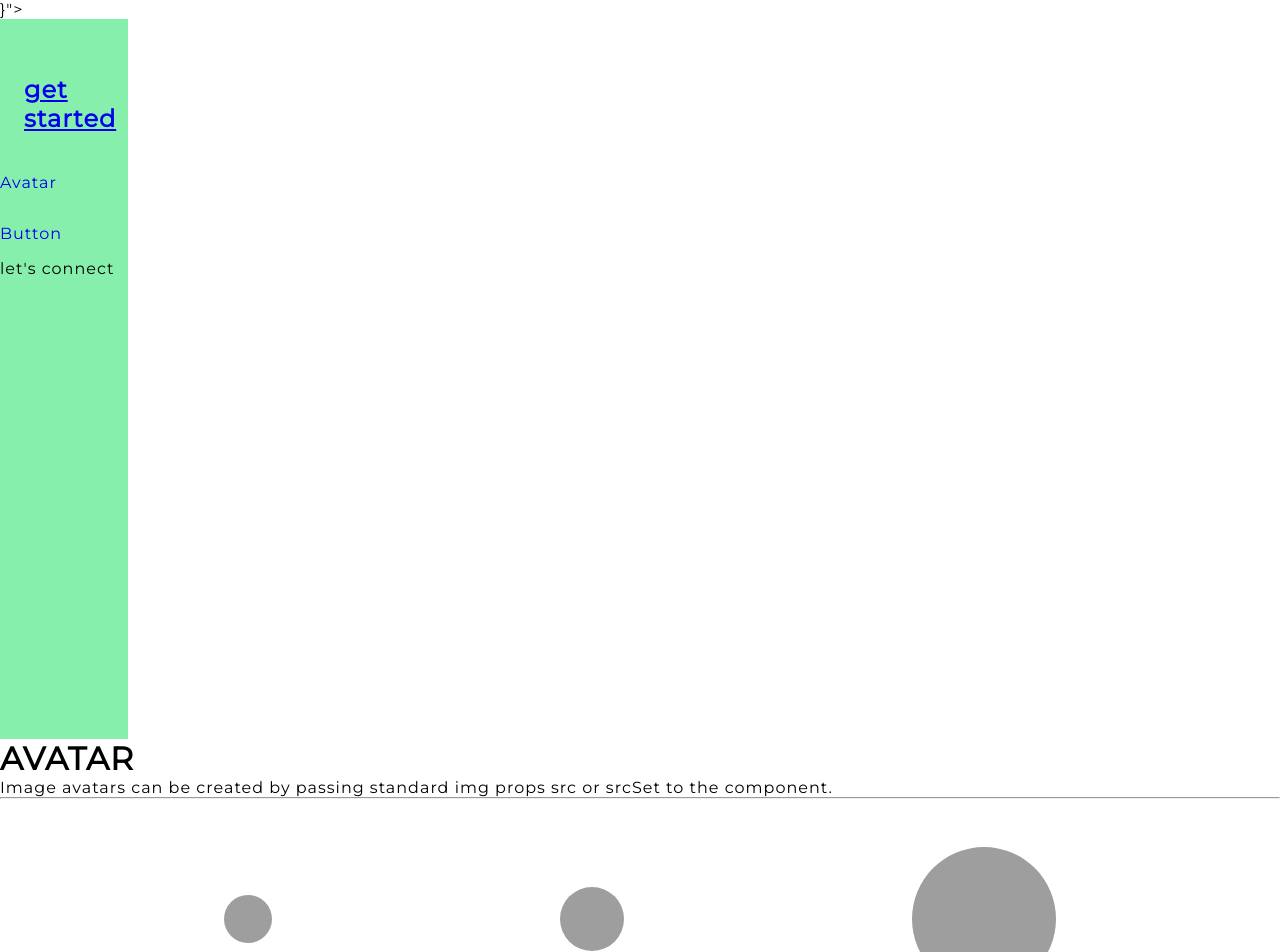
Repository: Anasooya2601/Components_UI
Page: components/Avatar/index.html
These files come from the project's save history. The page is drawn as it stood at one moment and after the next save; the edit follows.
The browser window is 1280 px wide. The pictures show the part of the page from y = 0 to 952 px (the page is 1461 px tall before and 1442 px after).
Pictures or frames that could not be fetched are drawn as grey boxes.

Above is the page before, as saved 2022-02-12 01:30:43.
Not found: components/
Not found: components/Avatar/index.css

### components/Avatar/index.html
<!DOCTYPE html>
<html lang="en">
<head>
    <meta charset="UTF-8">
    <meta http-equiv="X-UA-Compatible" content="IE=edge">
    <meta name="viewport" content="width, initial-scale=1.0">
    <title>AVATAR</title>
    <link rel="stylesheet" href="style.css">
    <link rel="stylesheet" href="/main/main.css">
    <link rel="stylesheet" href="/components/comp.css">

    }">
</head>
<body>
    <!-- main -->
    <div class="main-container">
        <div class="navbar-wrapper">

            <div class="nav">
                <div class="navbar-header">
                <div class="logo">
                    <a href="/index.html"></a>
                 </div>
                </div>
            </div>

        <!-- topics -->
        <a href="/main/main.html" class="text">get started</a>
        <div class="navbar-main">
            <a href="/components/Avatar/index.html">Avatar</a>
            <a href="/components/Button/button.html">Button</a>
        </div>
        <!-- footer -->
        <div class="footer">
            <div class="footer-text">
                <p>let's connect</p>
            </div>
        </div>
        </div>
    </div>
    <div class="header">
        <div class="section-header">
            <div>
                <h1 class="text-header">AVATAR</h1>
                    <p class="para">
                        Image avatars can be created by passing standard img props src or srcSet to the component.
                    </p>
              <hr>

            </div>
        </div>
        <div class="section-main">
<div class="avatar_main">
    <img class="avatar pic_one" src="https://images.unsplash.com/photo-1644246612512-2f2e7d6cb933?ixlib=rb-1.2.1&ixid=MnwxMjA3fDB8MHxwaG90by1wYWdlfHx8fGVufDB8fHx8&auto=format&fit=crop&w=774&q=80" alt="" srcset="">
    <img class="avatar pic_two" src="https://images.unsplash.com/photo-1644246612512-2f2e7d6cb933?ixlib=rb-1.2.1&ixid=MnwxMjA3fDB8MHxwaG90by1wYWdlfHx8fGVufDB8fHx8&auto=format&fit=crop&w=774&q=80" alt="" srcset="">
    <img class="avatar pic_three" src="https://images.unsplash.com/photo-1644246612512-2f2e7d6cb933?ixlib=rb-1.2.1&ixid=MnwxMjA3fDB8MHxwaG90by1wYWdlfHx8fGVufDB8fHx8&auto=format&fit=crop&w=774&q=80" alt="" srcset="">
</div>
        </div>

        <div class="code">
        <iframe
            src="https://carbon.now.sh/embed?bg=rgba%28171%2C+184%2C+195%2C+1%29&t=seti&wt=none&l=javascript&width=660&ds=true&dsyoff=20px&dsblur=68px&wc=true&wa=false&pv=56px&ph=56px&ln=false&fl=1&fm=Hack&fs=14px&lh=133%25&si=false&es=2x&wm=false&code=%2520%253C%21--%2520small--%253E%2520%250A%253Cimg%2520class%253D%2522avatar%2520pic_one%2522%2520src%253D%2522https%253A%252F%252Fimages.unsplash.com%252Fphoto-1644246612512-2f2e7d6cb933%253Fixlib%253Drb-1.2.1%2526ixid%253DMnwxMjA3fDB8MHxwaG90by1wYWdlfHx8fGVufDB8fHx8%2526auto%253Dformat%2526fit%253Dcrop%2526w%253D774%2526q%253D80%2522%2520%253E%250A%2520%2520%2520%253C%21--%2520medium%2520--%253E%2520%250A%2520%2520%2520%253Cimg%2520class%253D%2522avatar%2520pic_two%2522%2520src%253D%2522https%253A%252F%252Fimages.unsplash.com%252Fphoto-1644246612512-2f2e7d6cb933%253Fixlib%253Drb-1.2.1%2526ixid%253DMnwxMjA3fDB8MHxwaG90by1wYWdlfHx8fGVufDB8fHx8%2526auto%253Dformat%2526fit%253Dcrop%2526w%253D774%2526q%253D80%2522%2520%253E%250A%2520%2520%2520%2520%2520%2520%2520%253C%21--%2520large--%253E%2520%250A%2520%2520%2520%2520%253Cimg%2520class%253D%2522avatar%2520pic_three%2522%2520src%253D%2522https%253A%252F%252Fimages.unsplash.com%252Fphoto-1644246612512-2f2e7d6cb933%253Fixlib%253Drb-1.2.1%2526ixid%253DMnwxMjA3fDB8MHxwaG90by1wYWdlfHx8fGVufDB8fHx8%2526auto%253Dformat%2526fit%253Dcrop%2526w%253D774%2526q%253D80%2522%2520%253E"
            style="width: 100%; height: 450px; border:0; transform: scale(1); overflow:hidden;"
            sandbox="allow-scripts allow-same-origin">
          </iframe>
        </div>
    </div>

</body>
</html>

### components/Avatar/style.css
.avatar_main {
    display: flex;
    justify-content: space-around;
    align-items: center;
    margin-top: 2rem;
    padding: 1rem 5rem 1rem 5rem;
  }
  .avatar {
    border-radius: var(--border-full);
    width: 1rem;
    object-fit: cover;
    border-radius: 4.5rem;
  }

  .pic_one {
    width: 3rem;
    height: 3rem;
  }
  .pic_two {
    width: 4rem;
    height: 4rem;
  }
  .pic_three {
    width: 9rem;
    height: 9rem;
  }

### main/main.css
@import url('https://fonts.googleapis.com/css2?family=Montserrat&display=swap');
*{
    margin: 0;
    padding: 0;
    box-sizing: border-box;
}

body{
    letter-spacing: 1px;
}

/* color variable */
:root{
    font-family: 'Montserrat', sans-serif;
    font-weight: 400;
    --main-color:#fca5a5;
    --green:#86efac;
}

/* logo */
.logo{
    display: flex;
    justify-content: center;
}

.logo a{
    color: var(--main-color);
    font-size: 2.5rem;
    display: flex;
    align-items: flex-end;
}




.main-container{
    display: flex;
}

.text{
    font-size: 1.5rem;
    margin: 1.5rem;
    font-weight: bold;
}
/* navbar */
.navbar-wrapper{
    width: 10%;
    height: 100vh;
    font-size: 1rem;
    flex-direction: column;
    overflow-y: scroll;
display: flex;
flex-shrink: 0;
background-color: var(--green);
}
.nav{
    display: flex;
    flex-direction: column;
}
.navbar-main{
    display: flex;
    flex-direction: column;
}
.navbar-main a{
  border-radius: 40px;
  padding: 1rem 0rem 1rem 0rem;
  letter-spacing: 1px;
  transition: 0.3s all ease-in-out;
  text-decoration: none;
}
.navbar-header{
    border-bottom: var(--main-color);
    padding: 1rem;
}

### components/comp.css
@import "./Alert/alert.css";
@import "./Avatar/index.css";
@import "./Button/button.css";
@import "../main/main.css";
@import"./";
@import"./";
@import"./";
@import"";
@import"";

### components/Button/button.css
@import url('https://fonts.googleapis.com/css2?family=Montserrat:ital@1&family=Roboto:ital,wght@0,400;1,300&family=Space+Grotesk:wght@700&display=swap');
.main-text{
    margin: 2rem 0;
}

.btn-container{
display: flex;
flex-wrap: wrap;
margin-top: 1.5rem;
gap: 1rem;
align-items: center;


}

.btn {
border:none;
background-color: none;
outline: none;
padding: 0.5rem 1rem;
border: 5px;
border-radius: 5px;
font-size: 1.1rem;
cursor: pointer;
color: #0e9aeb;
font-family: 'Gill Sans', 'Gill Sans MT', Calibri, 'Trebuchet MS', sans-serif;
}

.primary{
    background-color:#fbbf24 ;

}
.secondary{
    background-color: #fca5a5;
}
.danger{
    background-color: #bef264;
}
.success{
    background-color: #0369a1;
}
.warning{
    background-color: #ded48f;
}

/* outlined-button */
.outlined-sub{
    margin-top: 1.5rem;
}
.outlined-btn{
border-radius: 8px;
font-size: 1.1rem;
letter-spacing: 1px;
color:#0369a1;
background-color: white;
cursor: pointer;
padding: 0.5rem;
gap: 1rem;
}
.outlined-primary{
    border: 0.5px solid #0369a1;
}
.outlined-secondary{
    border: 0.5px solid #0369a1;
}
.outlined-warning{
    border: 0.5px solid #0369a1;
}
.outlined-attention{
    border: 0.5px solid #0369a1;
}
.btn-icon{
background-color: white;
cursor: pointer;
}
/* icon-btn */


/* floating-btn */
.btn-float{
    color: white;
    background-color: #0e9aeb;
    padding: 0.6rem 1rem;
    box-shadow: #ded48f 0px 8px 16px;
}

Loaded but not shown: components/Alert/Alert.css (no stored copy; drawn as an empty file)

After the next save:
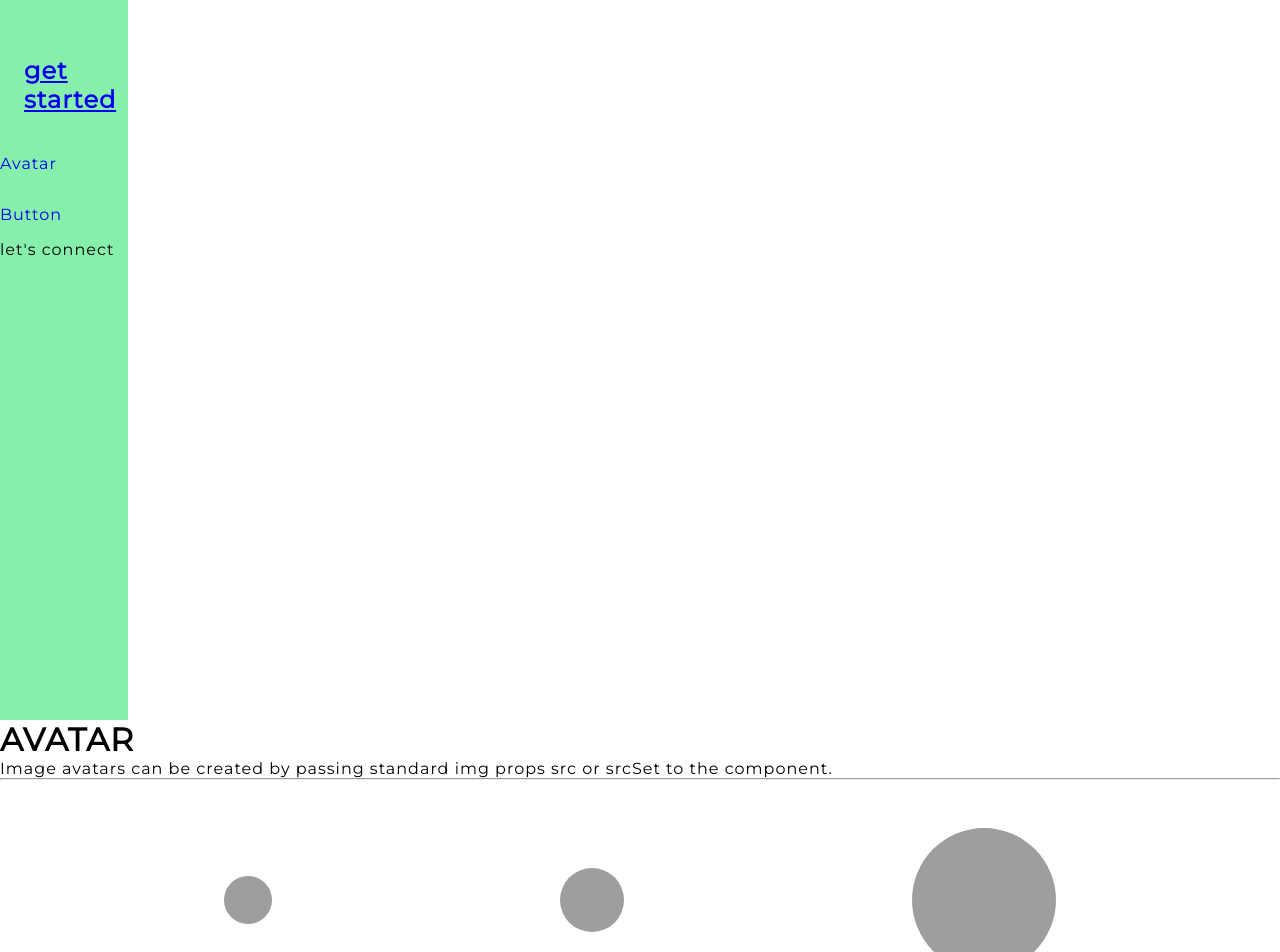
Saved 15 s later.
--- a/components/Avatar/index.html
+++ b/components/Avatar/index.html
@@ -9,7 +9,7 @@
     <link rel="stylesheet" href="/main/main.css">
     <link rel="stylesheet" href="/components/comp.css">
 
-    }">
+
 </head>
 <body>
     <!-- main -->
